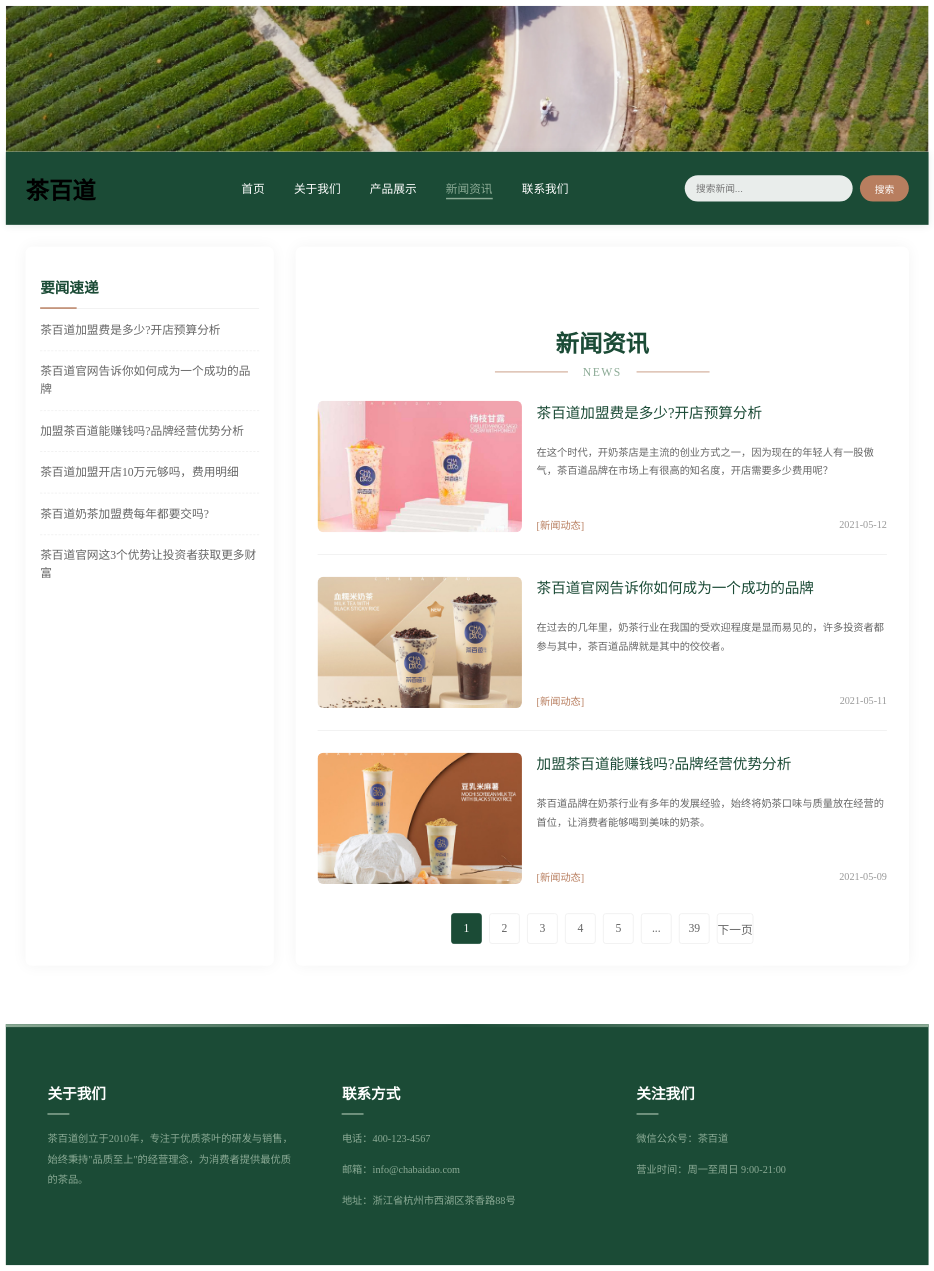
Repository: huang-heavenly-Emperor/chabaidao
Page: news.html
These files come from the project's save history. The page is drawn as it stood at one moment and after a run of saves; the edit follows.
The browser window is 1280 px wide. The pictures show the whole page, at 73% of full size.

Above is the page before, as saved 2024-12-13 17:24:25.

### news.html
<!DOCTYPE html>
<html lang="zh-CN">
<head>
    <meta charset="UTF-8">
    <meta name="viewport" content="width=device-width, initial-scale=1.0">
    <title>新闻资讯 - 茶百道</title>
    <link rel="stylesheet" href="./css/common.css">
    <link rel="stylesheet" href="./css/pages/news.css">
</head>
<body>
    <!-- 头部 -->
    <header class="header">
        <div class="top-banner">
            <img src="./images/common/header-bg.webp" alt="新闻资讯">
        </div>
        <div class="nav">
            <div class="nav-content">
                <div class="logo">
                    <h1>茶百道</h1>
                </div>
                <ul class="nav-list">
                    <li><a href="./index.html">首页</a></li>
                    <li><a href="./about.html">关于我们</a></li>
                    <li><a href="./products.html">产品展示</a></li>
                    <li><a href="./news.html" class="active">新闻资讯</a></li>
                    <li><a href="./contact.html">联系我们</a></li>
                </ul>
                <div class="search">
                    <input type="text" placeholder="搜索新闻...">
                    <button>搜索</button>
                </div>
            </div>
        </div>
    </header>

    <!-- 主要内容 -->
    <div class="main">
        <!-- 左侧边栏 -->
        <div class="news-sidebar">
            <h3 class="sidebar-title">要闻速递</h3>
            <ul class="news-quick-list">
                <li><a href="#">茶百道加盟费是多少?开店预算分析</a></li>
                <li><a href="#">茶百道官网告诉你如何成为一个成功的品牌</a></li>
                <li><a href="#">加盟茶百道能赚钱吗?品牌经营优势分析</a></li>
                <li><a href="#">茶百道加盟开店10万元够吗，费用明细</a></li>
                <li><a href="#">茶百道奶茶加盟费每年都要交吗?</a></li>
                <li><a href="#">茶百道官网这3个优势让投资者获取更多财富</a></li>
            </ul>
        </div>

        <!-- 右侧新闻列表 -->
        <div class="news-content">
            <div class="section-title">
                <h2>新闻资讯</h2>
                <div class="en-title">NEWS</div>
            </div>
            <div class="news-list">
                <!-- 新闻项 -->
                <div class="news-item">
                    <div class="news-image">
                        <img src="./images/news/news1.jpg" alt="茶百道加盟费">
                    </div>
                    <div class="news-info">
                        <a href="#" class="news-title">茶百道加盟费是多少?开店预算分析</a>
                        <p class="news-desc">在这个时代，开奶茶店是主流的创业方式之一，因为现在的年轻人有一股傲气，茶百道品牌在市场上有很高的知名度，开店需要多少费用呢？</p>
                        <div class="news-meta">
                            <span class="news-category">[新闻动态]</span>
                            <span class="news-date">2021-05-12</span>
                        </div>
                    </div>
                </div>

                <div class="news-item">
                    <div class="news-image">
                        <img src="./images/news/news2.jpg" alt="茶百道官网">
                    </div>
                    <div class="news-info">
                        <a href="#" class="news-title">茶百道官网告诉你如何成为一个成功的品牌</a>
                        <p class="news-desc">在过去的几年里，奶茶行业在我国的受欢迎程度是显而易见的，许多投资者都参与其中，茶百道品牌就是其中的佼佼者。</p>
                        <div class="news-meta">
                            <span class="news-category">[新闻动态]</span>
                            <span class="news-date">2021-05-11</span>
                        </div>
                    </div>
                </div>

                <div class="news-item">
                    <div class="news-image">
                        <img src="./images/news/news3.jpg" alt="加盟茶百道">
                    </div>
                    <div class="news-info">
                        <a href="#" class="news-title">加盟茶百道能赚钱吗?品牌经营优势分析</a>
                        <p class="news-desc">茶百道品牌在奶茶行业有多年的发展经验，始终将奶茶口味与质量放在经营的首位，让消费者能够喝到美味的奶茶。</p>
                        <div class="news-meta">
                            <span class="news-category">[新闻动态]</span>
                            <span class="news-date">2021-05-09</span>
                        </div>
                    </div>
                </div>
            </div>

            <!-- 分页 -->
            <div class="pagination">
                <span class="active">1</span>
                <a href="#">2</a>
                <a href="#">3</a>
                <a href="#">4</a>
                <a href="#">5</a>
                <span>...</span>
                <a href="#">39</a>
                <a href="#">下一页</a>
            </div>
        </div>
    </div>

    <!-- 底部 -->
    <footer class="footer">
        <div class="footer-content">
            <div class="footer-section">
                <h3>关于我们</h3>
                <p>茶百道创立于2010年，专注于优质茶叶的研发与销售，始终秉持"品质至上"的经营理念，为消费者提供最优质的茶品。</p>
            </div>
            <div class="footer-section">
                <h3>联系方式</h3>
                <p>电话：400-123-4567</p>
                <p>邮箱：info@chabaidao.com</p>
                <p>地址：浙江省杭州市西湖区茶香路88号</p>
            </div>
            <div class="footer-section">
                <h3>关注我们</h3>
                <p>微信公众号：茶百道</p>
                <p>营业时间：周一至周日 9:00-21:00</p>
            </div>
        </div>
        <div class="back-top">↑</div>
    </footer>

    <script>
        // 返回顶部按钮
        const backTop = document.querySelector('.back-top');
        window.addEventListener('scroll', () => {
            if (window.scrollY > 300) {
                backTop.classList.add('show');
            } else {
                backTop.classList.remove('show');
            }
        });

        backTop.addEventListener('click', () => {
            window.scrollTo({
                top: 0,
                behavior: 'smooth'
            });
        });
    </script>
</body>
</html>

### css/common.css
/* 头部样式 */
.header {
    width: 100%;
}

.top-banner {
    width: 100%;
    height: 200px;
    overflow: hidden;
}

.top-banner img {
    width: 100%;
    height: 100%;
    object-fit: cover;
}

.nav {
    width: 100%;
    height: 100px;
    background: #1B4B36;
    position: sticky;
    top: 0;
    z-index: 100;
    box-shadow: 0 2px 10px rgba(27, 75, 54, 0.1);
}

.nav-content {
    width: 1210px;
    margin: 0 auto;
    display: flex;
    justify-content: space-between;
    align-items: center;
    height: 100%;
}

.nav-list {
    display: flex;
    list-style: none;
}

.nav-list li a {
    color: #fff;
    text-decoration: none;
    padding: 0 20px;
    font-size: 16px;
    transition: all 0.3s;
    position: relative;
}

.nav-list li a:hover,
.nav-list li a.active {
    color: #8CAB96;
}

.nav-list li a:after {
    content: '';
    position: absolute;
    bottom: -5px;
    left: 50%;
    transform: translateX(-50%);
    width: 0;
    height: 2px;
    background: #8CAB96;
    transition: width 0.3s;
}

.nav-list li a:hover:after,
.nav-list li a.active:after {
    width: calc(100% - 40px);
}

.nav-list li a.active {
    font-weight: 500;
}

.search {
    display: flex;
    align-items: center;
}

.search input {
    width: 200px;
    height: 36px;
    padding: 0 15px;
    border: none;
    border-radius: 18px;
    outline: none;
    background: rgba(255, 255, 255, 0.9);
}

.search button {
    height: 36px;
    padding: 0 20px;
    margin-left: 10px;
    border: none;
    border-radius: 18px;
    background: #B87E5F;
    color: #fff;
    cursor: pointer;
    transition: background 0.3s;
}

.search button:hover {
    background: #9a6547;
}

/* 底部样式 */
.footer {
    background: #1B4B36;
    padding: 60px 0;
    margin-top: 50px;
    position: relative;
}

.footer:before {
    content: '';
    position: absolute;
    top: 0;
    left: 0;
    width: 100%;
    height: 4px;
    background: linear-gradient(90deg, #8CAB96, #1B4B36, #8CAB96);
}

.footer-content {
    width: 1210px;
    margin: 0 auto;
    display: flex;
    justify-content: space-between;
}

.footer-section {
    flex: 1;
    padding: 0 30px;
}

.footer-section h3 {
    color: #fff;
    font-size: 20px;
    margin-bottom: 20px;
    position: relative;
    padding-bottom: 15px;
}

.footer-section h3:after {
    content: '';
    position: absolute;
    bottom: 0;
    left: 0;
    width: 30px;
    height: 2px;
    background: #8CAB96;
    transition: width 0.3s;
}

.footer-section:hover h3:after {
    width: 50px;
}

.footer-section p {
    color: #8CAB96;
    line-height: 2;
    font-size: 14px;
}

/* 返回顶部按钮 */
.back-top {
    position: fixed;
    right: 40px;
    bottom: 40px;
    width: 50px;
    height: 50px;
    background: #1B4B36;
    color: #fff;
    text-align: center;
    line-height: 50px;
    border-radius: 50%;
    cursor: pointer;
    transition: all 0.3s;
    opacity: 0;
    visibility: hidden;
    z-index: 999;
    font-size: 20px;
    box-shadow: 0 2px 10px rgba(0,0,0,0.1);
}

.back-top:hover {
    background: #2C634C;
    transform: translateY(-5px);
}

.back-top.show {
    opacity: 1;
    visibility: visible;
}

### css/pages/news.css
/* 通用标题样式 */
.section-title {
  text-align: center;
  padding: 50px 0 30px;
  position: relative;
  display: flex;
  align-items: center;
  justify-content: center;
  flex-direction: column;
}

.section-title h2 {
  font-size: 32px;
  color: #1b4b36;
  margin-bottom: 10px;
  font-weight: bold;
}

.section-title .en-title {
  color: #8cab96;
  font-size: 16px;
  letter-spacing: 2px;
  text-transform: uppercase;
  position: relative;
  display: flex;
  align-items: center;
  padding: 0 20px;
}

.section-title .en-title:before,
.section-title .en-title:after {
  content: "";
  height: 1px;
  width: 100px;
  background: #b87e5f;
  margin: 0 20px;
}

/* 主要内容区域 */
.main {
  width: 1210px;
  margin: 0 auto;
  padding: 30px 0;
  display: flex;
  gap: 30px;
}

/* 左侧边栏 */
.news-sidebar {
  width: 300px;
  background: #fff;
  border-radius: 8px;
  padding: 20px;
  box-shadow: 0 0 20px rgba(0, 0, 0, 0.05);
}

.sidebar-title {
  font-size: 20px;
  color: #1b4b36;
  padding-bottom: 15px;
  margin-bottom: 15px;
  border-bottom: 1px solid #eee;
  position: relative;
}

.sidebar-title:after {
  content: "";
  position: absolute;
  left: 0;
  bottom: -1px;
  width: 50px;
  height: 2px;
  background: #b87e5f;
}

.news-quick-list {
  list-style: none;
  padding: 0;
}

.news-quick-list li {
  margin-bottom: 15px;
  padding-bottom: 15px;
  border-bottom: 1px dashed #eee;
}

.news-quick-list li:last-child {
  margin-bottom: 0;
  padding-bottom: 0;
  border-bottom: none;
}

.news-quick-list a {
  color: #666;
  text-decoration: none;
  line-height: 1.6;
  display: block;
  transition: color 0.3s;
}

.news-quick-list a:hover {
  color: #b87e5f;
}

/* 右侧新闻列表 */
.news-content {
  flex: 1;
  background: #fff;
  border-radius: 8px;
  padding: 30px;
  box-shadow: 0 0 20px rgba(0, 0, 0, 0.05);
}

.news-list {
  display: flex;
  flex-direction: column;
  gap: 30px;
}

.news-item {
  display: flex;
  gap: 20px;
  padding-bottom: 30px;
  border-bottom: 1px solid #eee;
}

.news-item:last-child {
  padding-bottom: 0;
  border-bottom: none;
}

.news-image {
  width: 280px;
  height: 180px;
  overflow: hidden;
  border-radius: 8px;
}

.news-image img {
  width: 100%;
  height: 100%;
  object-fit: cover;
  transition: transform 0.3s;
}

.news-item:hover .news-image img {
  transform: scale(1.05);
}

.news-info {
  flex: 1;
  display: flex;
  flex-direction: column;
}

.news-title {
  font-size: 20px;
  color: #1b4b36;
  margin-bottom: 15px;
  text-decoration: none;
  transition: color 0.3s;
}

.news-title:hover {
  color: #b87e5f;
}

.news-desc {
  font-size: 14px;
  color: #666;
  line-height: 1.8;
  margin-bottom: 20px;
  flex: 1;
}

.news-meta {
  display: flex;
  justify-content: space-between;
  align-items: center;
  color: #999;
  font-size: 14px;
}

.news-category {
  color: #b87e5f;
}

/* 分页 */
.pagination {
  margin-top: 40px;
  display: flex;
  justify-content: center;
  gap: 10px;
}

.pagination a,
.pagination span {
  min-width: 40px;
  height: 40px;
  display: flex;
  align-items: center;
  justify-content: center;
  background: #fff;
  border: 1px solid #eee;
  border-radius: 4px;
  color: #666;
  text-decoration: none;
  transition: all 0.3s;
}

.pagination a:hover,
.pagination .active {
  background: #1b4b36;
  color: #fff;
  border-color: #1b4b36;
}

.pagination .disabled {
  cursor: not-allowed;
  opacity: 0.5;
}

After the next 2 saves:
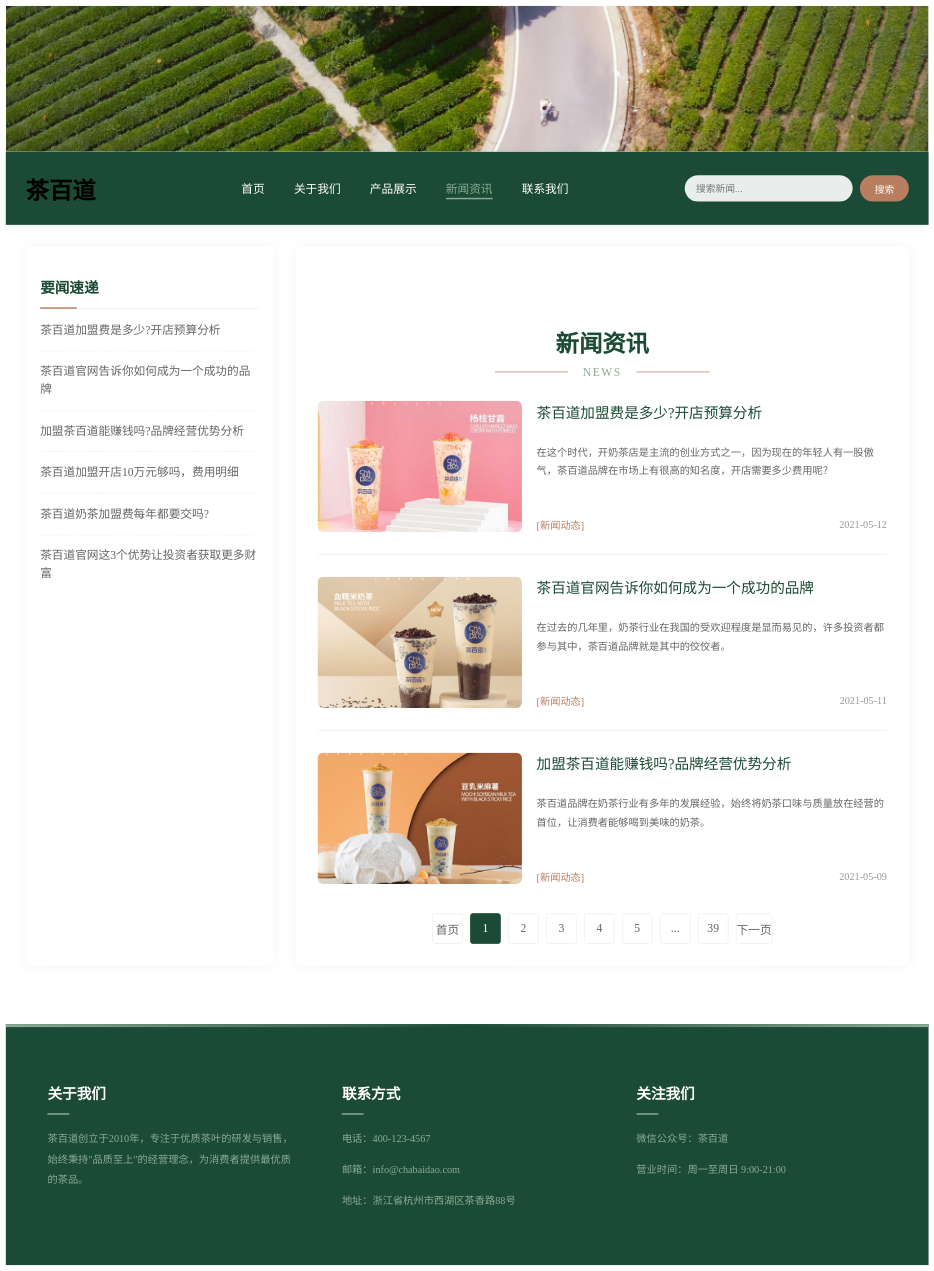
The 2 saves are shown as one change because they came seconds apart.
The last was saved 2 min 46 s later.
--- a/news.html
+++ b/news.html
@@ -101,14 +101,15 @@
 
             <!-- 分页 -->
             <div class="pagination">
-                <span class="active">1</span>
-                <a href="#">2</a>
-                <a href="#">3</a>
-                <a href="#">4</a>
-                <a href="#">5</a>
+                <a href="#" class="page-btn" data-page="1">首页</a>
+                <span class="active" data-page="1">1</span>
+                <a href="#" class="page-btn" data-page="2">2</a>
+                <a href="#" class="page-btn" data-page="3">3</a>
+                <a href="#" class="page-btn" data-page="4">4</a>
+                <a href="#" class="page-btn" data-page="5">5</a>
                 <span>...</span>
-                <a href="#">39</a>
-                <a href="#">下一页</a>
+                <a href="#" class="page-btn" data-page="39">39</a>
+                <a href="#" class="page-btn next" data-page="2">下一页</a>
             </div>
         </div>
     </div>
@@ -152,6 +153,55 @@
                 behavior: 'smooth'
             });
         });
+
+        // 分页功能
+        const pagination = document.querySelector('.pagination');
+        let currentPage = 1;
+
+        pagination.addEventListener('click', (e) => {
+            e.preventDefault(); // 阻止默认行为
+
+            const target = e.target;
+            if (!target.classList.contains('page-btn')) return;
+
+            const page = parseInt(target.dataset.page);
+            if (page === currentPage) return;
+
+            // 更新激活状态
+            const activeBtn = pagination.querySelector('.active');
+            activeBtn.classList.remove('active');
+
+            if (target.classList.contains('next')) {
+                // 如果点击的是"下一页"
+                const newActiveBtn = pagination.querySelector(`[data-page="${page}"]`);
+                if (newActiveBtn && !newActiveBtn.classList.contains('next')) {
+                    newActiveBtn.classList.add('active');
+                }
+                // 更新"下一页"按钮的data-page
+                target.dataset.page = page + 1;
+                if (page + 1 > 39) {
+                    target.classList.add('disabled');
+                }
+            } else {
+                // 普通页码按钮
+                target.classList.add('active');
+                // 更新"下一页"按钮的data-page
+                const nextBtn = pagination.querySelector('.next');
+                nextBtn.dataset.page = page + 1;
+                nextBtn.classList.remove('disabled');
+            }
+
+            currentPage = page;
+
+            // 这里可以添加加载新页面内容的逻辑
+            console.log(`加载第 ${page} 页的内容`);
+
+            // 滚动到页面顶部
+            window.scrollTo({
+                top: 0,
+                behavior: 'smooth'
+            });
+        });
     </script>
 </body>
 </html>
